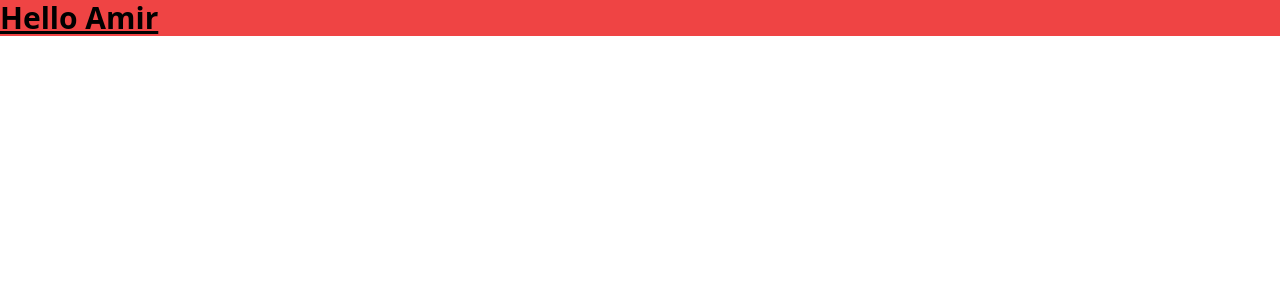
Repository: saad-elabboubi/tahalkobra
Page: /
The author's editor kept a copy of each file at every save. The page is drawn from the files as they stood at one save, then again after the next save.
The browser window is 1280 px wide. The pictures show the whole page.
The project was rebuilt for these pictures with package versions that can differ from the ones it lists, and the page was loaded fresh each time. The framework's server and built-in components were replaced by stand-ins that run in the browser. Also part of the build but not shown: svelte.config.js, vite.config.ts.

Above is the page before, as saved 2023-04-08 17:37:53.

After the next save:
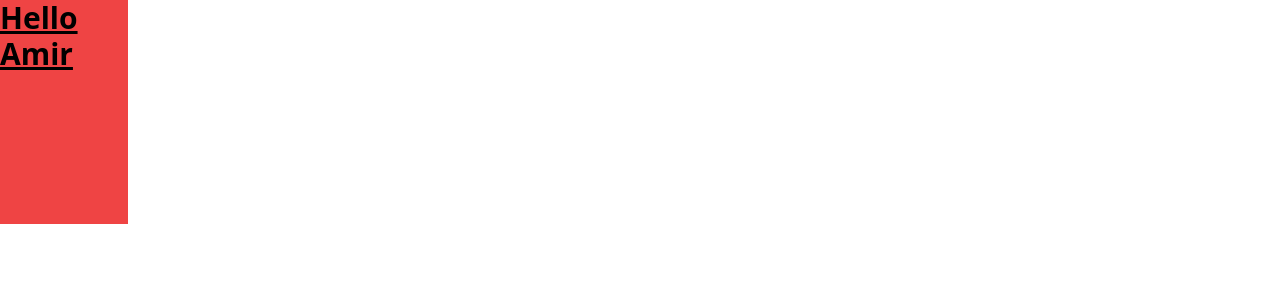
Saved 29 s later.
--- a/src/routes/+page.svelte
+++ b/src/routes/+page.svelte
@@ -1,4 +1,4 @@
-<div class="bg-red-500">
+<div class="bg-red-500 h-56 w-32">
 <h1 class="text-3xl font-bold underline">
     Hello Amir
   </h1>
